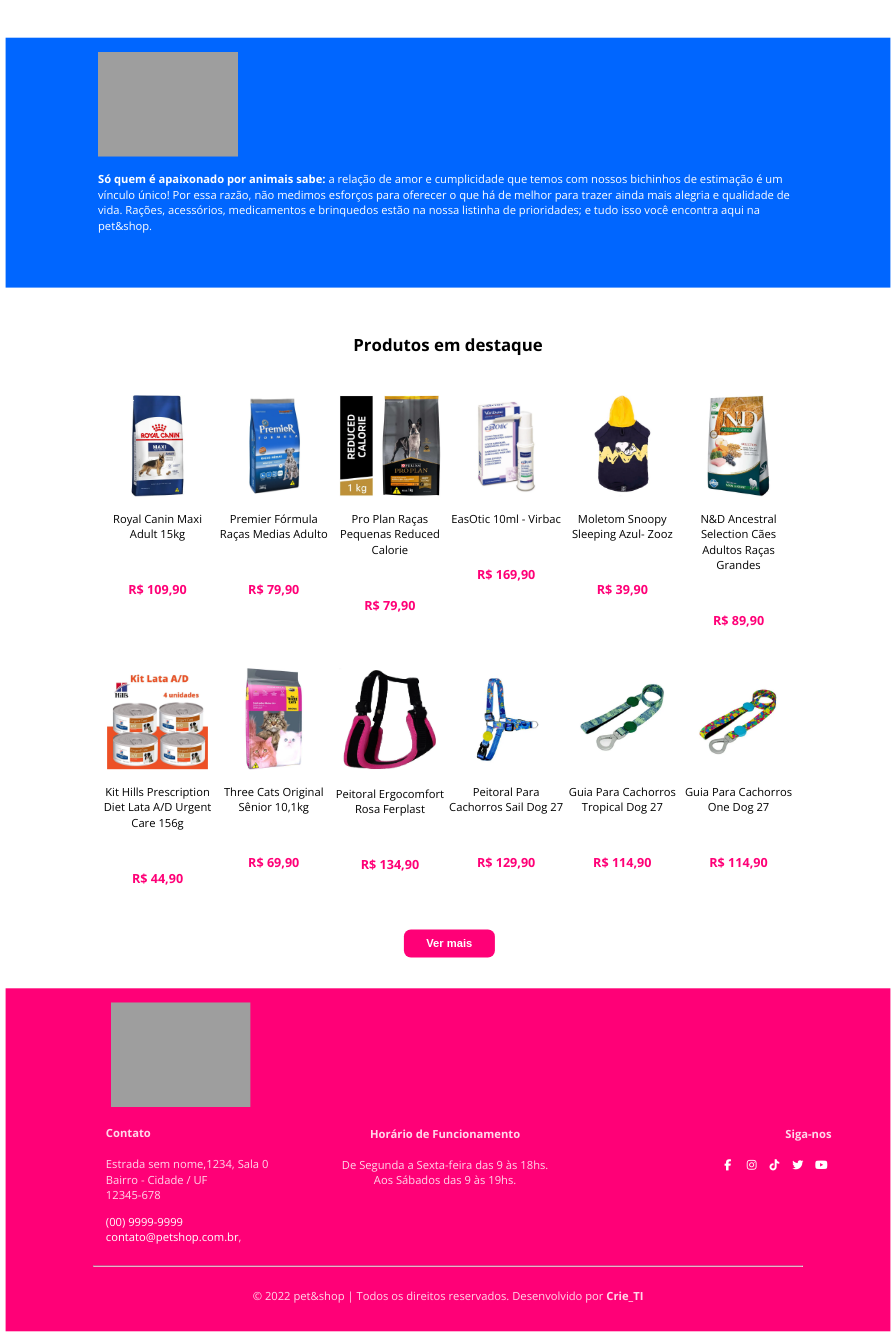
Repository: Iluiscarlos/Projeto-Site-PetShop
Page: Index.html
These files come from the project's save history. The page is drawn as it stood at one moment and after the next save; the edit follows.
The browser window is 1280 px wide. The pictures show the part of the page from y = 1077 to 2997 px (the page is 2987 px tall before and 2997 px after), at 70% of full size.
Pictures or frames that could not be fetched are drawn as grey boxes. Some web libraries are served in a nearby version.

Above is the page before, as saved 2022-04-25 20:13:13.

After the next save:
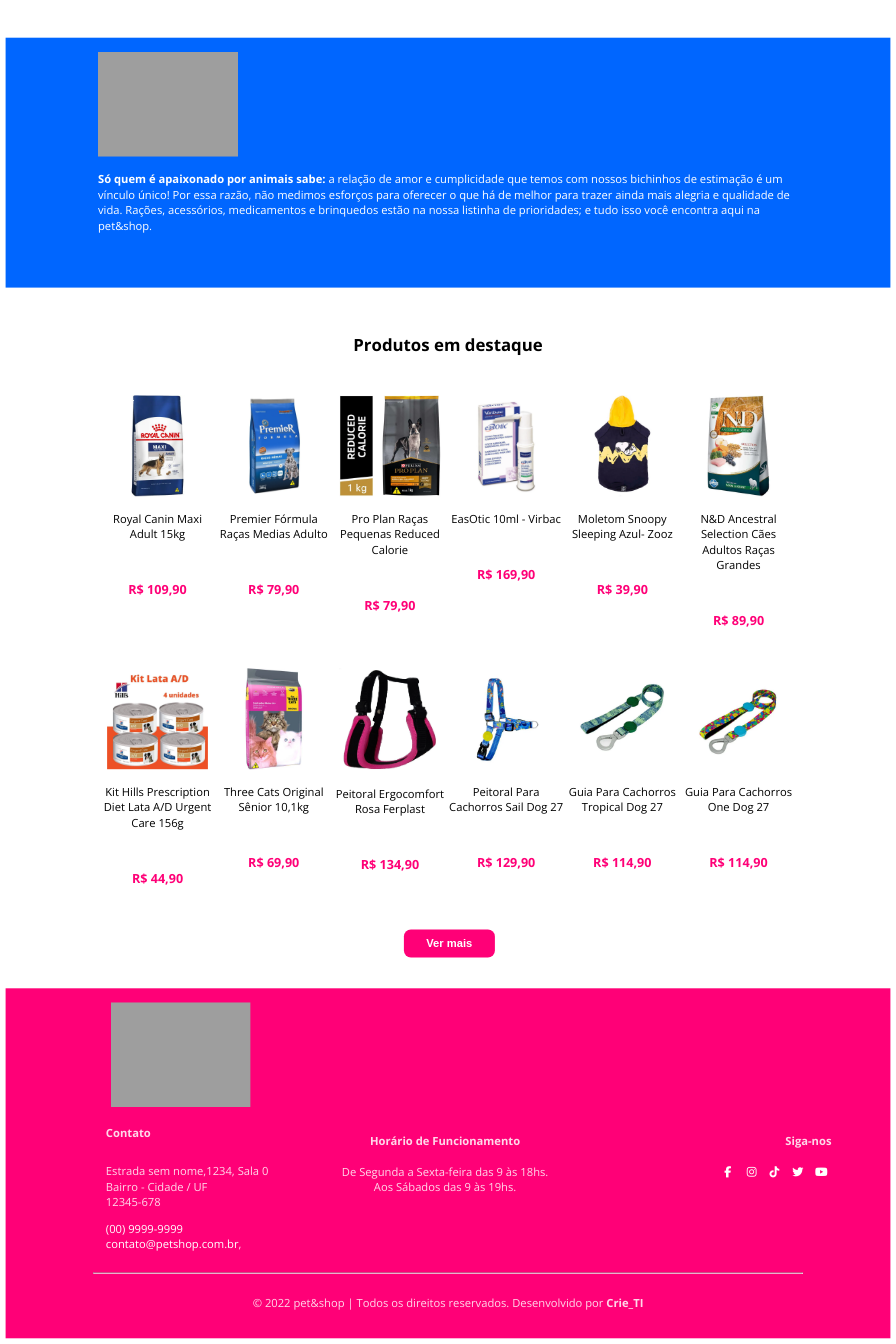
Saved 3 min 2 s later.
--- a/Index.html
+++ b/Index.html
@@ -454,7 +454,7 @@
     <section id="contacts" class="container">
       <address>
         <h4 style="font-style:normal;"><b>Contato</b></h4>
-        <p style="font-style: normal;";>Estrada sem nome,1234, Sala 0 <br/>
+        <p style="font-style: normal; padding-top: 10px;";>Estrada sem nome,1234, Sala 0 <br/>
           Bairro - Cidade / UF <br/>
           12345-678</p>
       </address>

After the save that followed:
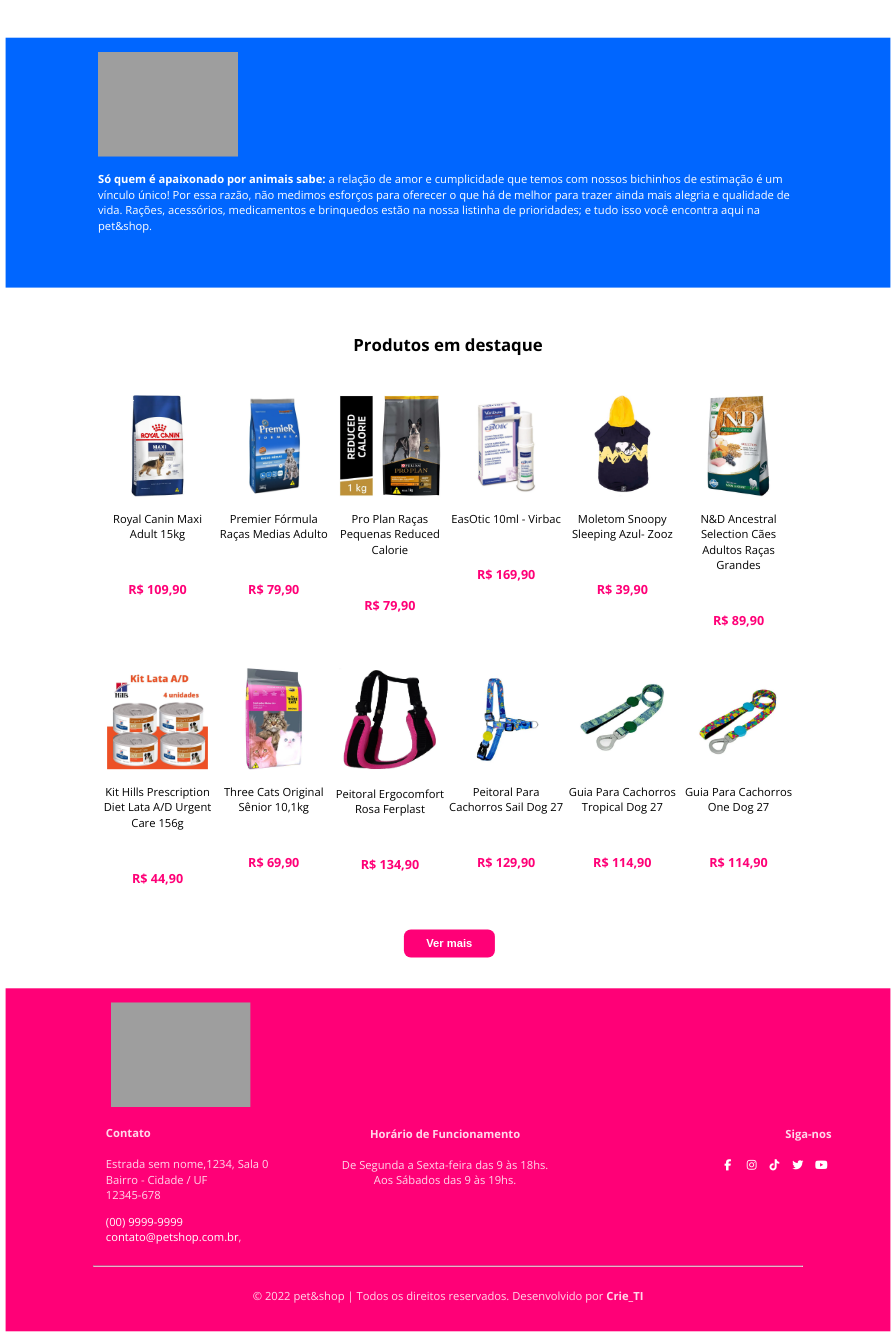
Saved 13 s later.
--- a/Index.html
+++ b/Index.html
@@ -454,7 +454,7 @@
     <section id="contacts" class="container">
       <address>
         <h4 style="font-style:normal;"><b>Contato</b></h4>
-        <p style="font-style: normal; padding-top: 10px;";>Estrada sem nome,1234, Sala 0 <br/>
+        <p style="font-style: normal; padding-top: ;";>Estrada sem nome,1234, Sala 0 <br/>
           Bairro - Cidade / UF <br/>
           12345-678</p>
       </address>
